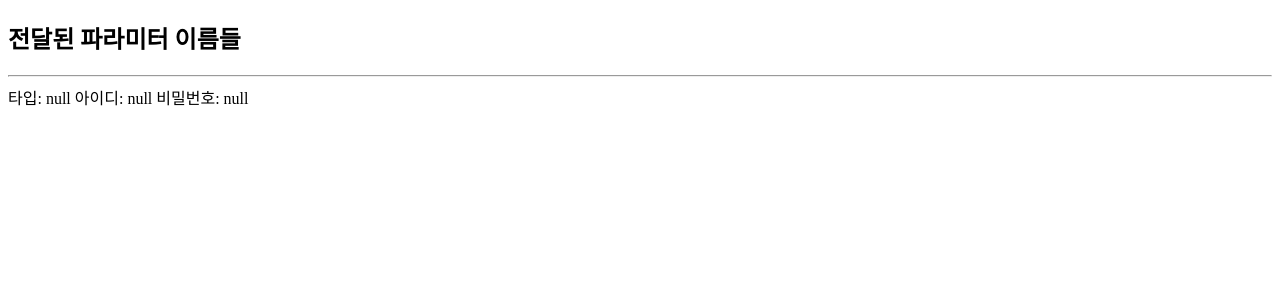
Repository: jpg723/Assignment
Page: http://localhost/LAB8_1/result.jsp
The author's editor kept a copy of each file at every save. The page is drawn from the files as they stood at one save, then again after the next save.
The browser window is 1280 px wide. The pictures show the whole page.
The page is served by Tomcat 9.

Above is the page before, as saved 2021-10-29 10:12:55.

### 웹프로그래밍/LAB8_1/src/main/webapp/result.jsp
<%@ page language="java" contentType="text/html; charset=UTF-8"
    pageEncoding="UTF-8"%>
<%@page import="java.util.Enumeration"%>
<!DOCTYPE html>
<html>
<head>
<meta charset="UTF-8">
<title>request_result</title>
</head>
<body>
	<h2>전달된 파라미터 이름들</h2>
	<%
		Enumeration en = request.getParameterNames();
	 	String strName;

	 	while (en.hasMoreElements()) {
	  		strName= (String) en.nextElement();
	  		out.print(strName + "<br>");
		 }
	%>
	<hr>
    <%
    	request.setCharacterEncoding("UTF-8");

   	 	String type= request.getParameter("type");
   		String id=request.getParameter("strID");
    	String pw=request.getParameter("strPwd");

    	out.println("타입: "+ type);
    	out.println("아이디: "+ id);
    	out.println("비밀번호: "+ pw);
    %>
</body>
</html>

After the next save:
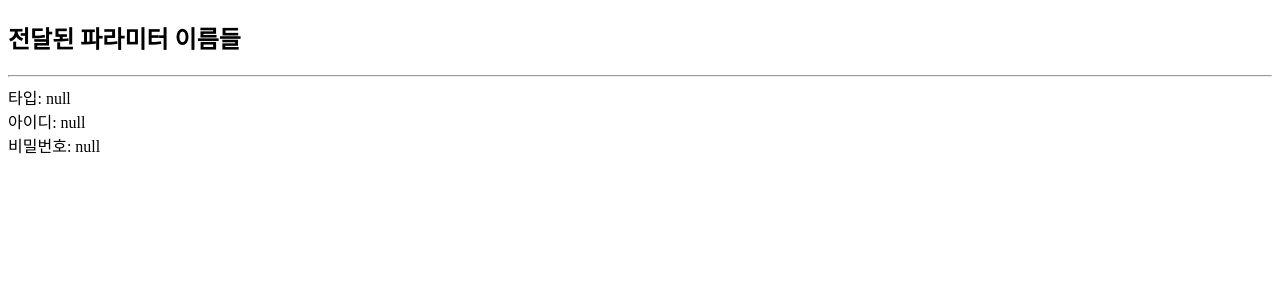
Saved 109 s later.
--- a/웹프로그래밍/LAB8_1/src/main/webapp/result.jsp
+++ b/웹프로그래밍/LAB8_1/src/main/webapp/result.jsp
@@ -26,9 +26,9 @@
    		String id=request.getParameter("strID");
     	String pw=request.getParameter("strPwd");
 
-    	out.println("타입: "+ type);
-    	out.println("아이디: "+ id);
-    	out.println("비밀번호: "+ pw);
+    	out.println("타입: "+ type + "<br>");
+    	out.println("아이디: "+ id + "<br>");
+    	out.println("비밀번호: "+ pw + "<br>");
     %>
 </body>
 </html>
